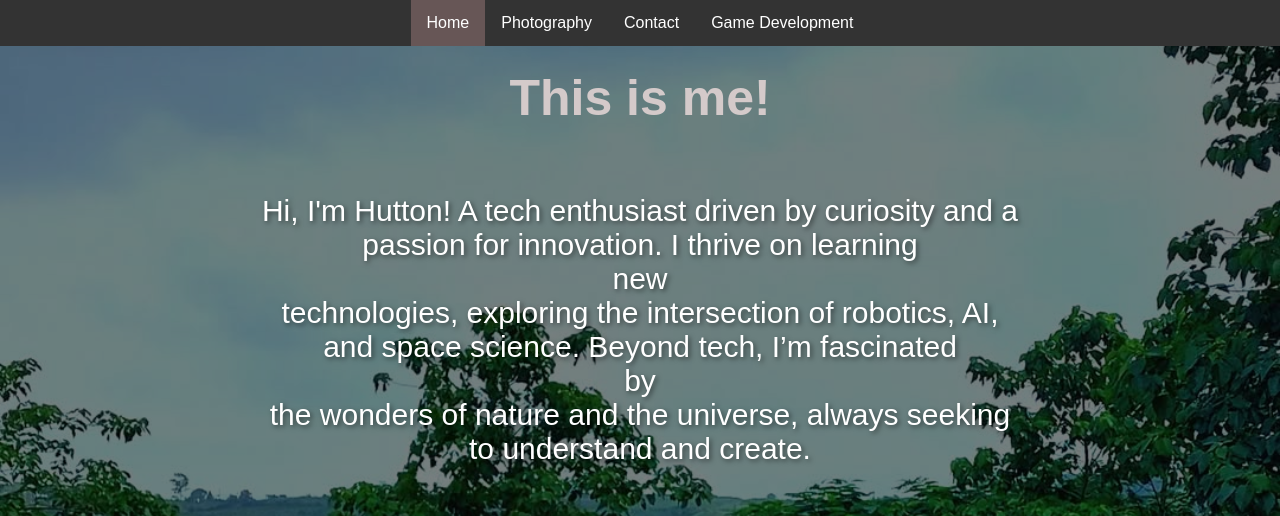
Repository: Argivist/ArgPortfolio
Page: index.html
These files come from the project's save history. The page is drawn as it stood at one moment and after the next save; the edit follows.
The browser window is 1280 px wide. The pictures show the part of the page from y = 0 to 516 px (the page is 1305 px tall before and 1564 px after).
Pictures or frames that could not be fetched are drawn as grey boxes. Backgrounds fixed to the window are drawn as part of the page.

Above is the page before, as saved 2025-03-28 22:09:18.

After the next save:
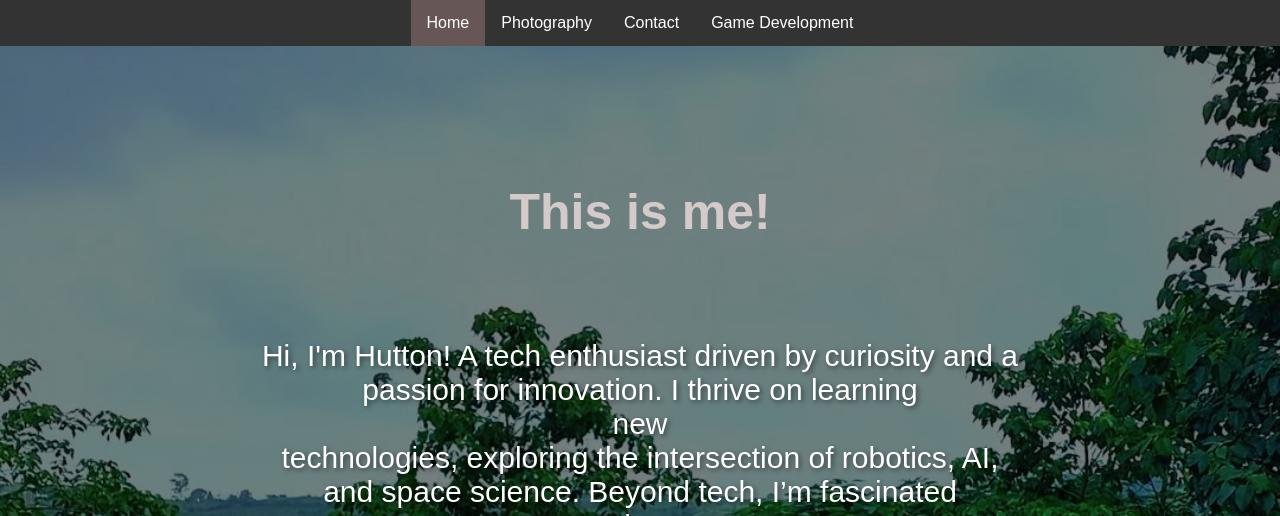
Saved 18 s later.
--- a/css/home.css
+++ b/css/home.css
@@ -47,13 +47,13 @@ body {
 }
 
 
-/* .section{
+.section{
     display: flex;
     flex-direction: column;
     justify-content: center;
     align-items: center;
-    height: 100vh;
-} */
+    min-height: 100vh;
+}
 .mi{
     padding: 20px;
     font-size: 4em;
